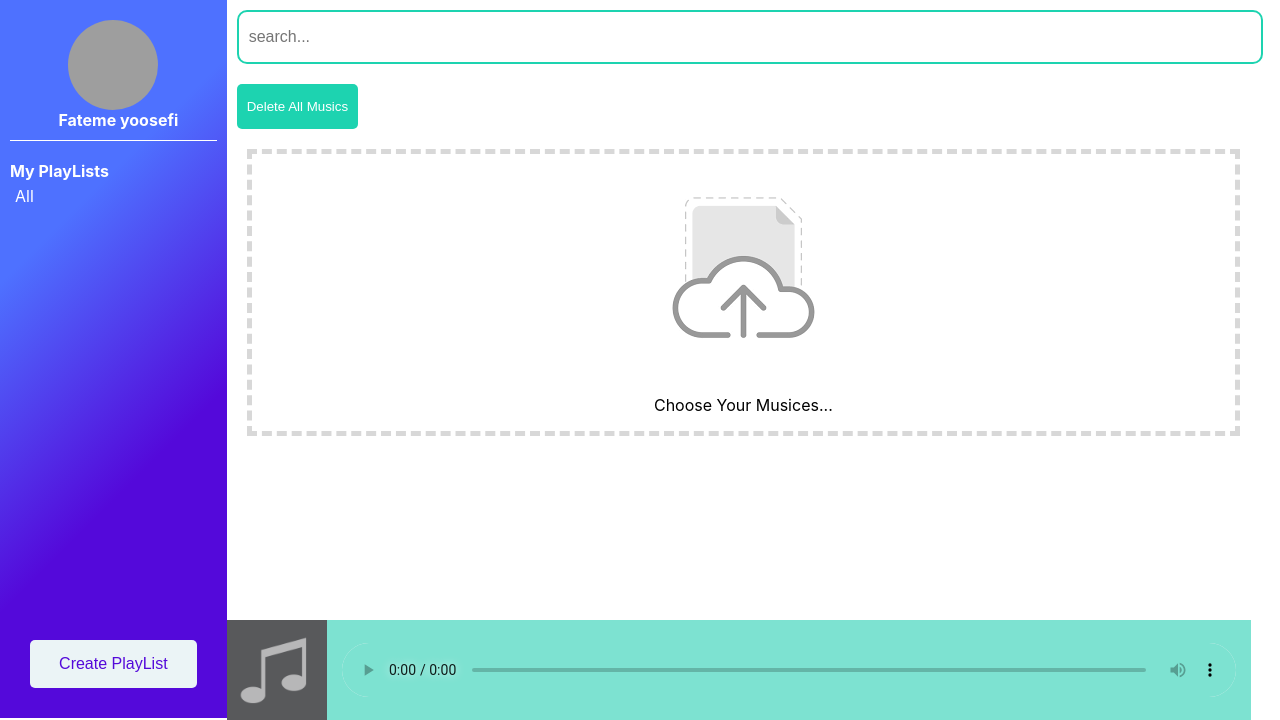
Repository: fateme81yosefi/musicPlayer
Page: /
The author's editor kept a copy of each file at every save. The page is drawn from the files as they stood at one save, then again after a run of saves.
The browser window is 1280 px wide. The pictures show the whole page.
Pictures or frames that could not be fetched are drawn as grey boxes. The project was rebuilt for these pictures with package versions that can differ from the ones it lists, and the page was loaded fresh each time.

Above is the page before, as saved 2025-06-28 13:55:48.

After the next 5 saves:
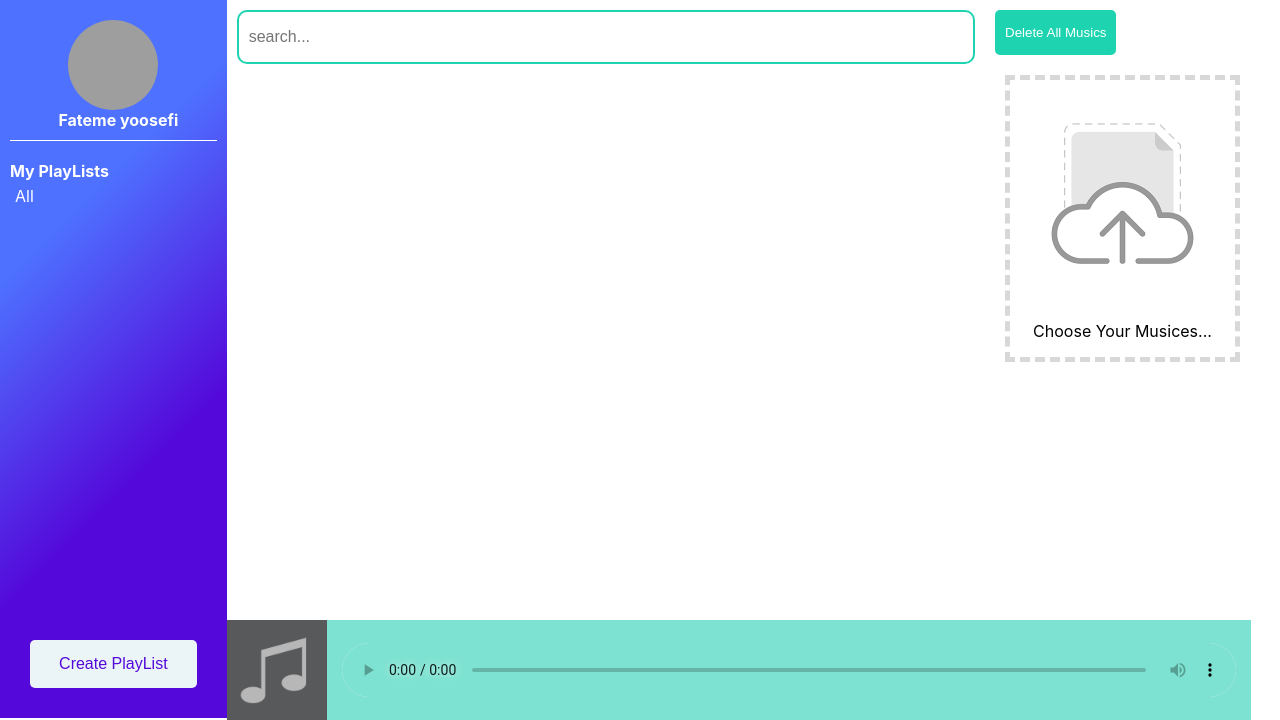
The 5 saves are shown as one change because they came seconds apart.
The last was saved 10 s later.
--- a/src/Components/MainPage/MainPage.css
+++ b/src/Components/MainPage/MainPage.css
@@ -43,7 +43,8 @@
 .rightPage {
   width: 100%;
   height: 100vh;
-  flex: row;
+display: flex;
+flex-direction: row;
   position: relative;
   padding: 0 20px 0 0;
   padding-left: 0;

After the 2 saves that followed:
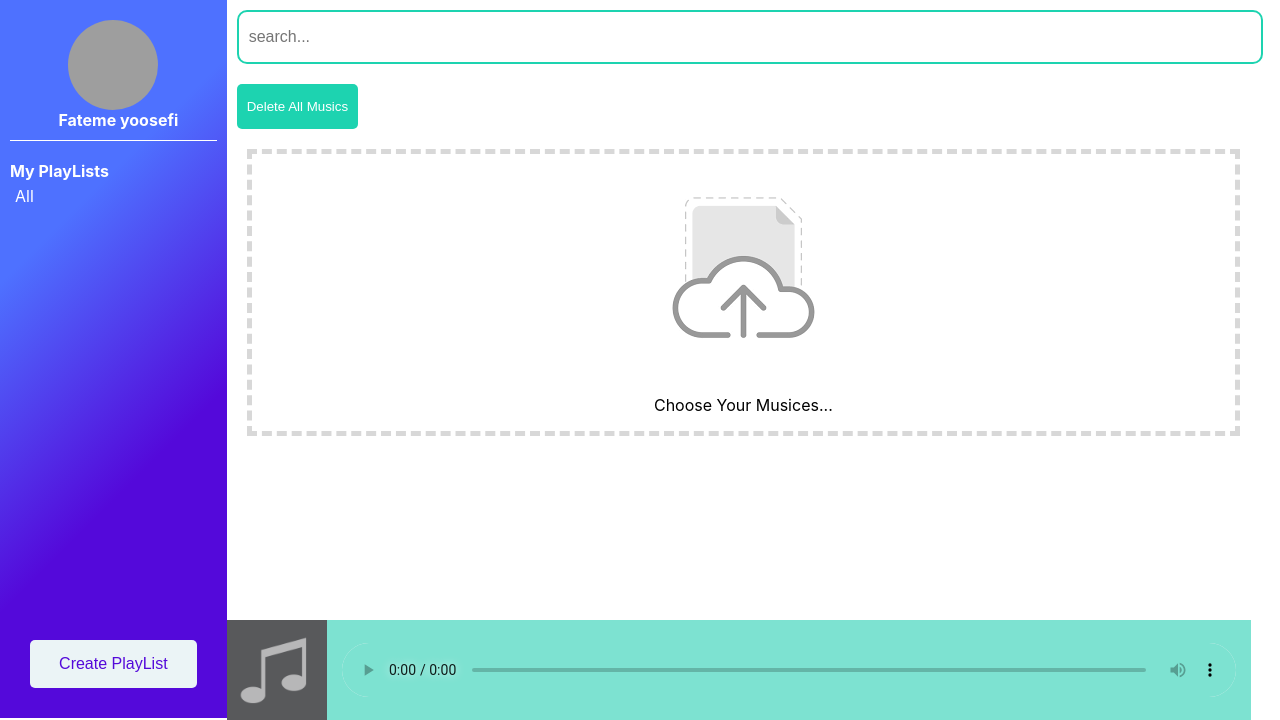
The 2 saves are shown as one change because they came seconds apart.
The last was saved 11 s later.
--- a/src/Components/MainPage/MainPage.css
+++ b/src/Components/MainPage/MainPage.css
@@ -6,10 +6,10 @@
 .leftMenue {
   background: linear-gradient(
     135deg,
-    #4E71FF 0%,
-    #4E71FF 30%,
-    #5409DA 65%,
-    #5409DA 100%
+    #4e71ff 0%,
+    #4e71ff 30%,
+    #5409da 65%,
+    #5409da 100%
   );
   width: 20%;
   height: 97vh;
@@ -43,8 +43,7 @@
 .rightPage {
   width: 100%;
   height: 100vh;
-display: flex;
-flex-direction: row;
+
   position: relative;
   padding: 0 20px 0 0;
   padding-left: 0;
@@ -134,9 +133,9 @@
   padding: 15px 4px;
   border-radius: 5px;
   margin: 20px;
-  background-color: #EBF4F6;
+  background-color: #ebf4f6;
   border: none;
-  color: #5409DA;
+  color: #5409da;
   font-size: medium;
 }
 h3,
